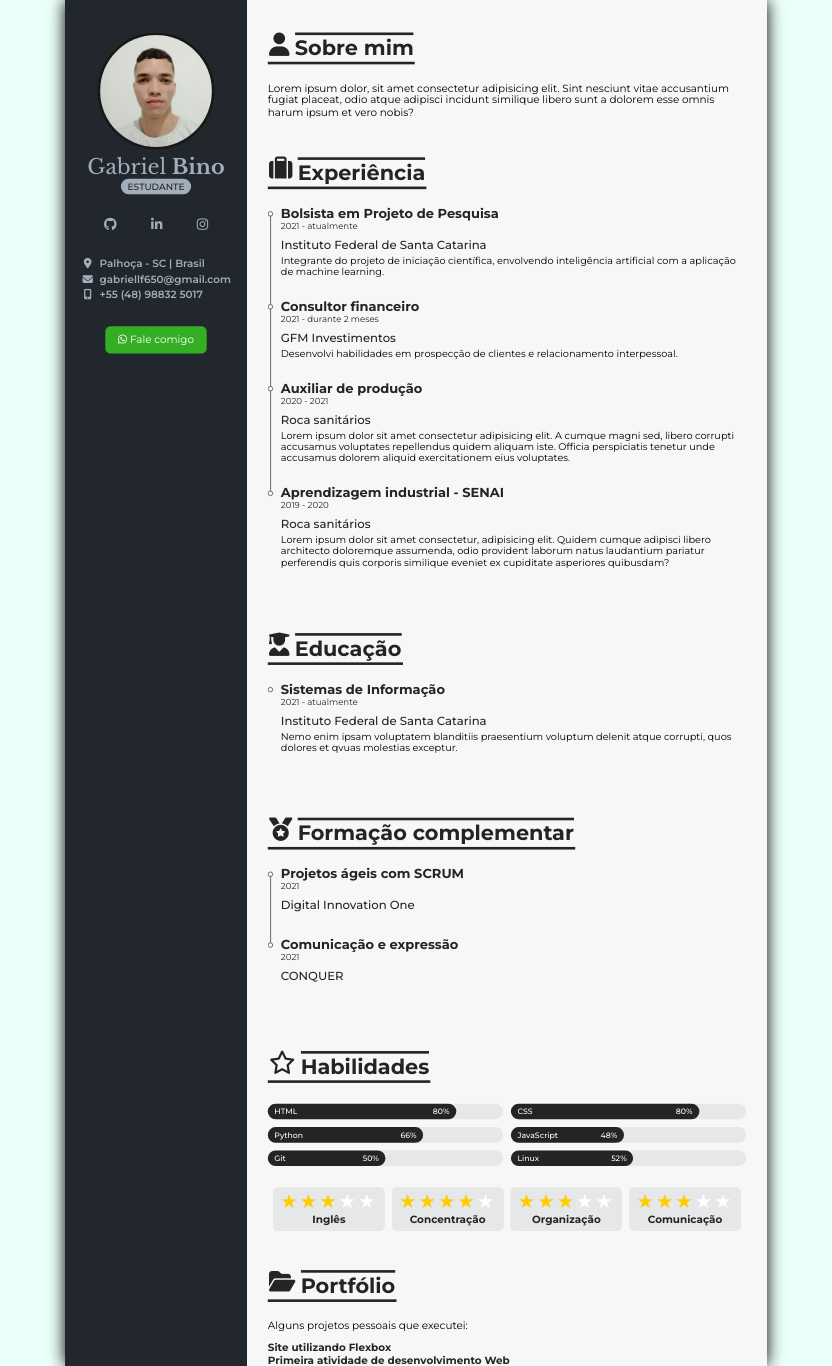
Repository: gabrielbino/curriculoResponsivo
Page: index.html
The author's editor kept a copy of each file at every save. The page is drawn from the files as they stood at one save, then again after the next save.
The browser window is 1280 px wide. The pictures show the whole page, at 65% of full size.
Some web libraries are served in a nearby version.

Above is the page before, as saved 2021-10-20 23:18:36.

### index.html
<!DOCTYPE html>
<html lang="pt-br">
  <head>
    <meta charset="UTF-8" />
    <meta name="viewport" content="width=device-width, initial-scale=1" />
    <link
      rel="stylesheet"
      href="https://cdnjs.cloudflare.com/ajax/libs/normalize/8.0.1/normalize.min.css"
      integrity="sha512-NhSC1YmyruXifcj/KFRWoC561YpHpc5Jtzgvbuzx5VozKpWvQ+4nXhPdFgmx8xqexRcpAglTj9sIBWINXa8x5w=="
      crossorigin="anonymous"
      referrerpolicy="no-referrer"
    />
    <script
      src="https://kit.fontawesome.com/a6ac7cca8d.js"
      crossorigin="anonymous"
    ></script>
    <link rel="stylesheet" href="css/style.css" />
    <link rel="shortcut icon" href="img/favicon.ico" />
    <title>CV do Gabriel</title>
  </head>
  <body>
    <main>
      <aside>
        <div class="sidebar">
          <img
            class="profile-picture"
            src="./img/option_profile.jpeg"
            alt="Gabriel Bino"
          />
          <h1 class="title-name"><span>Gabriel</span> Bino</h1>
          <h3 class="subtitle-role">Estudante</h3>
          <div class="social-links">
            <a href="https://github.com/gabrielbino" target="_blank">
              <i class="fab fa-github"></i>
            </a>
            <a
              href="https://www.linkedin.com/in/gabriel-fernandes-bino-456499195/"
              target="_blank"
            >
              <i class="fab fa-linkedin-in"></i>
            </a>
            <!-- <a href="https://twitter.com/theleoad" target="_blank">
              <i class="fab fa-twitter"></i>
            </a> -->
            <a href="https://www.instagram.com/gabrielfbino/" target="_blank">
              <i class="fab fa-instagram"></i>
            </a>
          </div>
          <ul class="personal-data">
            <li>
              <i class="fas fa-map-marker-alt"></i>
              <span>Palhoça - SC | Brasil</span>
            </li>
            <li>
              <i class="fas fa-envelope"></i>
              <a href="mailto:galbriellf650@gmail.com"
                >gabriellf650@gmail.com</a
              >
            </li>
            <li>
              <i class="fas fa-mobile-alt"></i>
              <a href="tel:+5548988325017">+55 (48) 98832 5017</a>
            </li>
          </ul>
          <a
            class="download-button"
            href="https://wa.me/+5548988325017"
            target="_blank"
          >
            <i class="fab fa-whatsapp"></i>
            <span>Fale comigo</span>
          </a>
        </div>
      </aside>
      <section>
        <article>
          <div class="article-title-wrapper">
            <i class="fas fa-user"></i>
            <h2 class="article-title">Sobre mim</h2>
          </div>
          <p>
            Lorem ipsum dolor, sit amet consectetur adipisicing elit. Sint
            nesciunt vitae accusantium fugiat placeat, odio atque adipisci
            incidunt similique libero sunt a dolorem esse omnis harum ipsum et
            vero nobis?
          </p>
        </article>
        <article>
          <div class="article-title-wrapper">
            <i class="fas fa-suitcase"></i>
            <h2 class="article-title">Experiência</h2>
          </div>
          <ul class="timeline">
            <li>
              <h4 class="timeline-title">Bolsista em Projeto de Pesquisa</h4>
              <h5 class="timeline-time">2021 - atualmente</h5>
              <h6 class="timeline-place">
                Instituto Federal de Santa Catarina
              </h6>
              <p class="timeline-text">
                Integrante do projeto de iniciação científica, envolvendo
                inteligência artificial com a aplicação de machine learning.
              </p>
            </li>
            <li>
              <h4 class="timeline-title">Consultor financeiro</h4>
              <h5 class="timeline-time">2021 - durante 2 meses</h5>
              <h6 class="timeline-place">GFM Investimentos</h6>
              <p class="timeline-text">
                Desenvolvi habilidades em prospecção de clientes e
                relacionamento interpessoal.
              </p>
            </li>
            <li>
              <h4 class="timeline-title">Auxiliar de produção</h4>
              <h5 class="timeline-time">2020 - 2021</h5>
              <h6 class="timeline-place">Roca sanitários</h6>
              <p class="timeline-text">
                Lorem ipsum dolor sit amet consectetur adipisicing elit. A
                cumque magni sed, libero corrupti accusamus voluptates
                repellendus quidem aliquam iste. Officia perspiciatis tenetur
                unde accusamus dolorem aliquid exercitationem eius voluptates.
              </p>
            </li>
            <li>
              <h4 class="timeline-title">Aprendizagem industrial - SENAI</h4>
              <h5 class="timeline-time">2019 - 2020</h5>
              <h6 class="timeline-place">Roca sanitários</h6>
              <p class="timeline-text">
                Lorem ipsum dolor sit amet consectetur, adipisicing elit. Quidem
                cumque adipisci libero architecto doloremque assumenda, odio
                provident laborum natus laudantium pariatur perferendis quis
                corporis similique eveniet ex cupiditate asperiores quibusdam?
              </p>
            </li>
          </ul>
        </article>
        <article>
          <div class="article-title-wrapper">
            <i class="fas fa-user-graduate"></i>
            <h2 class="article-title">Educação</h2>
          </div>
          <ul class="timeline">
            <li>
              <h4 class="timeline-title">Sistemas de Informação</h4>
              <h5 class="timeline-time">2021 - atualmente</h5>
              <h6 class="timeline-place">
                Instituto Federal de Santa Catarina
              </h6>
              <p class="timeline-text">
                Nemo enim ipsam voluptatem blanditiis praesentium voluptum
                delenit atque corrupti, quos dolores et qvuas molestias
                exceptur.
              </p>
            </li>
          </ul>
        </article>
        <article>
          <div class="article-title-wrapper">
            <i class="fas fa-medal"></i>
            <h2 class="article-title">Formação complementar</h2>
          </div>
          <ul class="timeline">
            <li>
              <h4 class="timeline-title">Projetos ágeis com SCRUM</h4>
              <h5 class="timeline-time">2021</h5>
              <h6 class="timeline-place">Digital Innovation One</h6>
            </li>
            <li>
              <h4 class="timeline-title">Comunicação e expressão</h4>
              <h5 class="timeline-time">2021</h5>
              <h6 class="timeline-place">CONQUER</h6>
            </li>
          </ul>
        </article>
        <article>
          <div class="article-title-wrapper">
            <i class="far fa-star"></i>
            <h2 class="article-title">Habilidades</h2>
          </div>
          <div class="skills-container">
            <div class="progress">
              <div class="progress-bar" role="progressbar" style="width: 80%">
                <div class="progress-text">
                  <span>HTML</span>
                  <span>80%</span>
                </div>
              </div>
            </div>
            <div class="progress">
              <div class="progress-bar" role="progressbar" style="width: 80%">
                <div class="progress-text">
                  <span>CSS</span>
                  <span>80%</span>
                </div>
              </div>
            </div>
            <div class="progress">
              <div class="progress-bar" role="progressbar" style="width: 66%">
                <div class="progress-text">
                  <span>Python</span>
                  <span>66%</span>
                </div>
              </div>
            </div>
            <div class="progress">
              <div class="progress-bar" role="progressbar" style="width: 48%">
                <div class="progress-text">
                  <span>JavaScript</span>
                  <span>48%</span>
                </div>
              </div>
            </div>
            <div class="progress">
              <div class="progress-bar" role="progressbar" style="width: 50%">
                <div class="progress-text">
                  <span>Git</span>
                  <span>50%</span>
                </div>
              </div>
            </div>
            <div class="progress">
              <div class="progress-bar" role="progressbar" style="width: 52%">
                <div class="progress-text">
                  <span>Linux</span>
                  <span>52%</span>
                </div>
              </div>
            </div>
          </div>
          <div class="soft-skills">
            <div class="soft-skill">
              <div class="soft-skill-rating" style="--rating: 3"></div>
              <h4 class="soft-skill-label">Inglês</h4>
            </div>
            <div class="soft-skill">
              <div class="soft-skill-rating" style="--rating: 4"></div>
              <h4 class="soft-skill-label">Concentração</h4>
            </div>
            <div class="soft-skill">
              <div class="soft-skill-rating" style="--rating: 3"></div>
              <h4 class="soft-skill-label">Organização</h4>
            </div>
            <div class="soft-skill">
              <div class="soft-skill-rating" style="--rating: 3"></div>
              <h4 class="soft-skill-label">Comunicação</h4>
            </div>
          </div>
        </article>
        <article>
          <div class="article-title-wrapper">
            <i class="fas fa-folder-open"></i>
            <h2 class="article-title">Portfólio</h2>
          </div>
          <p>Alguns projetos pessoais que executei:</p>
          <div class="portfolio">
            <a href="https://staticflexbox.netlify.app/" class="portfolio-item">
              Site utilizando Flexbox
            </a>
            <a href="https://anatomiahtml.netlify.app/" class="portfolio-item">
              Primeira atividade de desenvolvimento Web
            </a>
            <a href="#" class="portfolio-item">
              <div></div>
            </a>
            <a href="#" class="portfolio-item">
              <div></div>
            </a>
          </div>
        </article>
      </section>
    </main>
  </body>
</html>

### css/style.css
@import url("https://fonts.googleapis.com/css2?family=Libre+Baskerville:wght@400;700&family=Montserrat:wght@400;500;600;700&display=swap");

* {
  box-sizing: border-box;
}

img {
  max-width: 100%;
}

body {
  background-color: #ebfffb;
  color: black;
  font-family: "Montserrat", sans-serif;
}

main {
  background-color: #ebfffb;
  box-shadow: 0 0 1.5rem;
  display: flex;
  margin: 0 auto;
  max-width: 1080px;
  min-height: 100vh;
  width: 100%;
}

aside {
  background-color: #22272e;
  padding: 50px 0 16px;
  width: 280px;
}

.sidebar {
  align-items: center;
  display: flex;
  flex-direction: column;
  position: sticky;
  top: 16px;
  width: 100%;
}

.profile-picture {
  border-radius: 50%;
  border: solid 4px #181817;
  width: 180px;
}

.title-name {
  color: #a2aebb;
  font-family: "Libre Baskerville", serif;
  font-weight: 700;
  margin: 8px 0 0;
}

.title-name span {
  font-weight: 500;
}

.subtitle-role {
  background: #a2aebb;
  border-radius: 12px;
  color: #242423;
  font-size: 14px;
  font-weight: 500;
  margin: 0;
  padding: 4px 10px;
  text-transform: uppercase;
}

.social-links {
  display: flex;
  font-size: 20px;
  justify-content: space-between;
  margin: 36px 0;
  width: 160px;
}

.social-links a {
  color: #a2aebb;
}

.social-links a:hover {
  color: #e8eddf;
}

.personal-data {
  list-style-type: none;
  margin: 0;
  padding: 0;
}

.personal-data li {
  color: #a2aebb;
  font-weight: 600;
  line-height: 1.5;
}

.personal-data li a {
  color: inherit;
  text-decoration: none;
}

.personal-data i {
  margin-right: 4px;
  text-align: center;
  width: 20px;
}

.download-button {
  background: #34af23;
  border-radius: 8px;
  color: white;
  display: block;
  margin: 36px 0;
  padding: 12px 20px;
  text-decoration: none;
}

section {
  background-color: #f7f7f7;
  padding: 50px 32px 0;
  width: calc(100% - 280px);
}

article:not(:last-of-type) {
  margin-bottom: 60px;
}

.article-title-wrapper {
  align-items: center;
  border-bottom: 4px solid;
  color: #242423;
  display: inline-flex;
  margin-bottom: 12px;
  padding: 0 2px;
}
.article-title-wrapper i {
  font-size: 36px;
  margin: -8px 8px 0 0;
}

.article-title {
  border-top: 4px solid;
  color: #242423;
  font-size: 32px;
  font-weight: 800;
  margin: 0 0 2px;
  padding-top: 2px;
}

.timeline {
  list-style: none;
  margin: 20px 0;
  padding: 0;
}

.timeline li {
  margin: 0;
  padding: 2px 0 40px 20px;
  position: relative;
}

.timeline li::after {
  background-color: #fff;
  border-radius: 50%;
  border: 1px solid #242423;
  box-sizing: border-box;
  content: "";
  display: inline-block;
  height: 8px;
  left: 0;
  position: absolute;
  top: 2px;
  width: 8px;
}

.timeline li:not(:last-of-type)::before {
  background-color: #242423;
  content: "";
  height: 100%;
  left: 3.5px;
  position: absolute;
  top: calc(0.5em - 4px);
  width: 1px;
}

.timeline-title {
  color: #242423;
  font-size: 20px;
  margin: -8px 0 0;
}

.timeline-time {
  color: #242423;
  font-weight: 400;
  margin: 0;
}

.timeline-place {
  color: #242423;
  font-size: 18px;
  font-weight: 500;
  margin: 12px 0 4px;
}

.timeline-text {
  font-size: 15px;
  margin: 0;
}

.skills-container {
  display: flex;
  flex-wrap: wrap;
  justify-content: space-between;
  margin: 20px 0;
}

.progress {
  background-color: rgba(68, 86, 108, 0.1);
  border-radius: 20px;
  display: flex;
  font-size: 0.75rem;
  height: 1.5rem;
  margin-bottom: 12px;
  width: calc(50% - 6px);
}

.progress-bar {
  align-items: center;
  background-color: #242423;
  border-radius: 20px;
  color: #fff;
  font-weight: 500;
  display: flex;
  padding: 0 10px;
}

.progress-text {
  display: flex;
  justify-content: space-between;
  width: 100%;
}

.soft-skills {
  display: flex;
  justify-content: space-between;
  padding: 0 8px;
}

.soft-skill {
  background-color: rgba(68, 86, 108, 0.1);
  border-radius: 8px;
  padding: 8px;
  text-align: center;
  width: calc(25% - 8px);
}

.soft-skill-rating {
  --percent: calc(var(--rating) / 5 * 100%);
  display: inline-block;
  font-family: Times;
  font-size: 30px;
  line-height: 1;
}

.soft-skill-rating::before {
  background-clip: text;
  background: linear-gradient(90deg, #fc0 var(--percent), #fff var(--percent));
  content: "★★★★★";
  letter-spacing: 3px;
  -webkit-background-clip: text;
  -webkit-text-fill-color: transparent;
}

.soft-skill-label {
  color: #242423;
  margin: 4px 0 0;
}

.portfolio {
  display: flex;
  flex-wrap: wrap;
}

.portfolio-item {
  margin-bottom: 24px;
  margin: auto;
  width: 100%;
  color: #242423;
  font-weight: 800;
  text-decoration: none;
}

@media (max-width: 1024px) {
  .soft-skills {
    flex-wrap: wrap;
  }

  .soft-skill {
    margin: 4px;
    width: calc(50% - 8px);
  }
}

@media (max-width: 768px) {
  main {
    display: block;
  }

  aside,
  section {
    width: 100%;
  }

  section {
    padding: 32px 16px 0;
  }

  .article-title-wrapper {
    display: flex;
    padding: 0;
  }

  .progress,
  .soft-skill,
  .portfolio-item,
  .article-title {
    width: 100%;
  }

  .portfolio-item {
    text-align: center;
  }
}

After the next save:
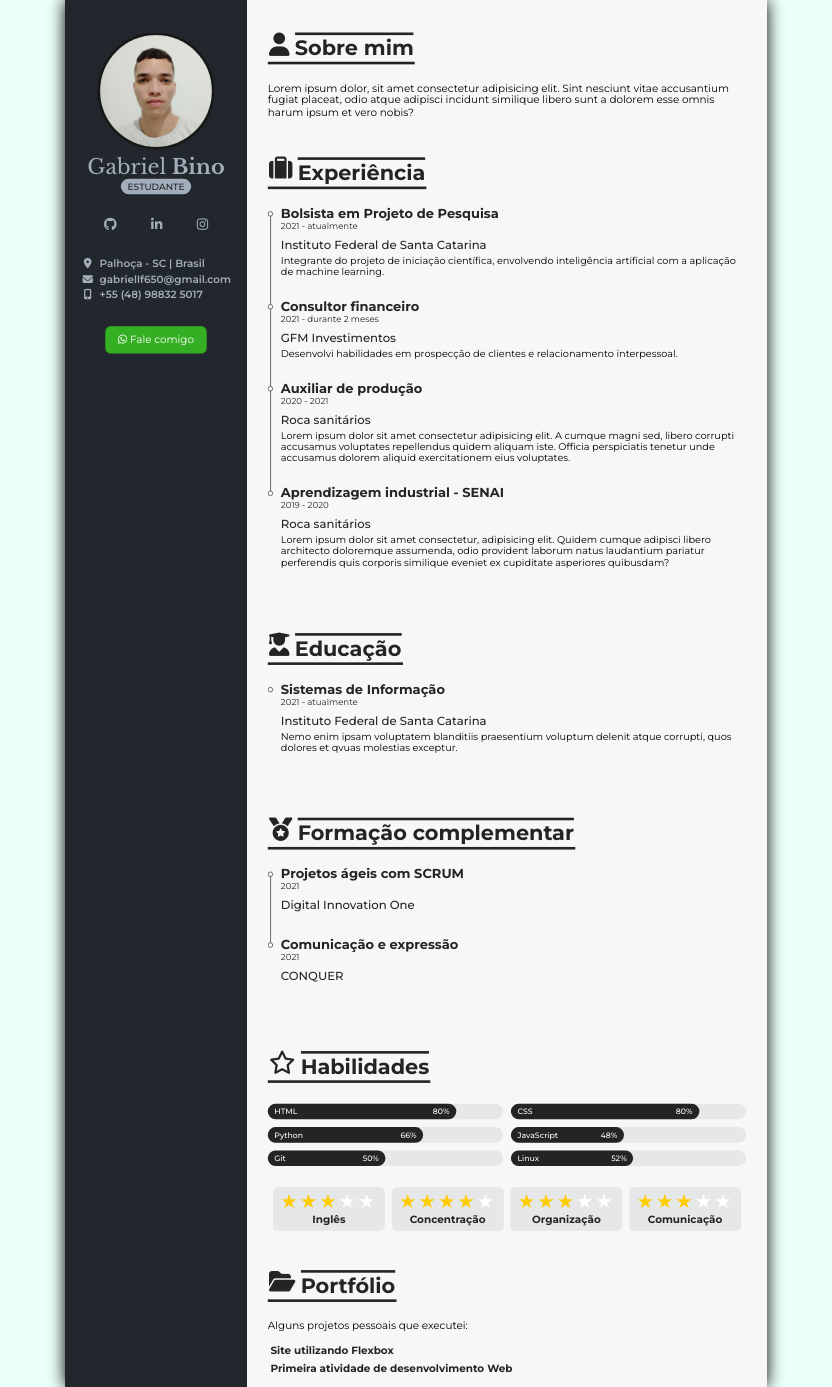
Saved 32 s later.
--- a/css/style.css
+++ b/css/style.css
@@ -283,7 +283,7 @@ article:not(:last-of-type) {
 }
 
 .portfolio-item {
-  margin-bottom: 24px;
+  padding: 4px;
   margin: auto;
   width: 100%;
   color: #242423;
